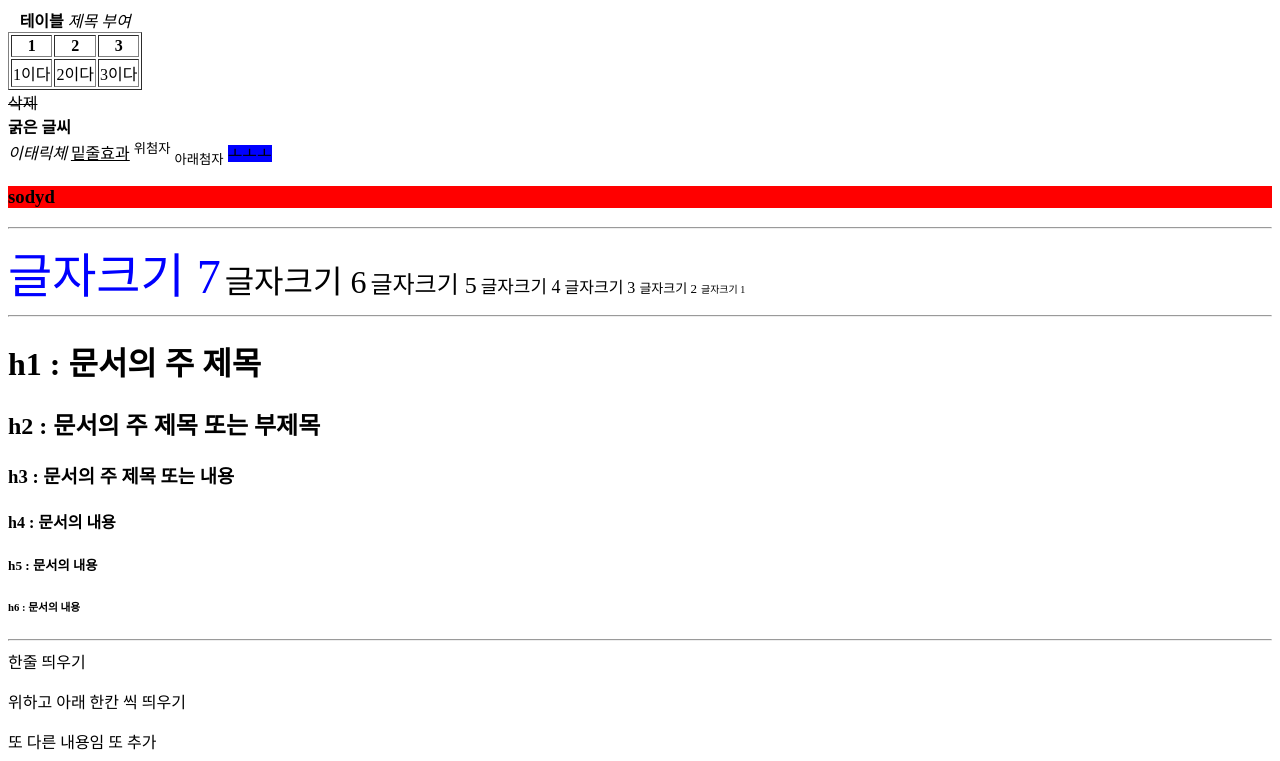
Repository: sika5382/jsp
Page: html/WebContent/NewFile.html
An editor plug-in stored every save of this project. The page is shown before and after the next save, followed by the edit.
The browser window is 1280 px wide. The pictures show the whole page.

Above is the page before, as saved 2020-10-29 05:49:36.

### html/WebContent/NewFile.html
<!DOCTYPE html>
<html>
<head>
<meta charset="UTF-8">
<title>Insert title here</title>
</head>
<!--
<body text="white" bgcolor='black'>
	 -->
<body>

<table border="1">

	<caption><b>테이블</b> <i>제목 부여</i></caption>
	<tr>
		<th>1</th>
		<th>2</th>
		<th>3</th>

	</tr>

	<tr>
		<td>1이다</td>
		<td>2이다</td>
		<td>3이다</td>

	</tr>

</table>

<strike>삭제</strike><br>
<b>굵은 글씨</b><br>
<i>이태릭체</i>
<u>밑줄효과</u>
<sup>위첨자</sup>
<sub>아래첨자</sub>

<font style="background-color:blue;">ㅗㅗㅗ</font>
<h3 style="background-color:red;">sodyd</h3>

<hr>

<font size="7" face="궁서체" color="blue">글자크기 7</font>
<font size="6">글자크기 6</font>
<font size="5">글자크기 5</font>
<font size="4">글자크기 4</font>
<font size="3">글자크기 3</font>
<font size="2">글자크기 2</font>
<font size="1">글자크기 1</font>

<hr>

<h1> h1 : 문서의 주 제목</h1>
<h2> h2 : 문서의 주 제목 또는 부제목</h2>
<h3> h3 : 문서의 주 제목 또는 내용</h3>
<h4> h4 : 문서의 내용</h4>
<h5> h5 : 문서의 내용</h5>
<h6> h6 : 문서의 내용</h6>

<hr>
	 한줄 띄우기 <br>
	<p>위하고 아래 한칸 씩 띄우기 </p>

		 <!-- html 주석 -->
	또 다른 내용임
	또 추가
</body>
</html>

After the next save:
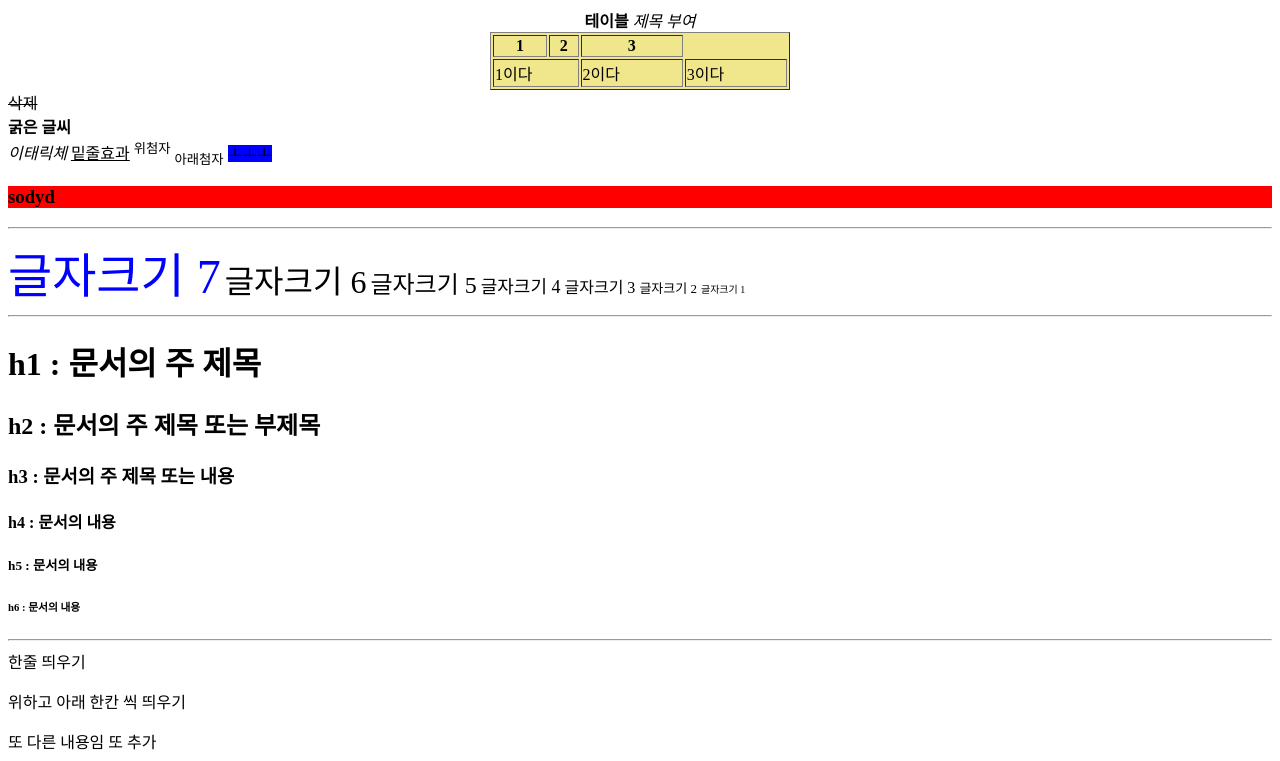
Saved 4 min 7 s later.
--- a/html/WebContent/NewFile.html
+++ b/html/WebContent/NewFile.html
@@ -9,18 +9,18 @@
 	 -->
 <body>
 
-<table border="1">
+<table border="1" align="center" width = "300" bgcolor="khaki">
 
 	<caption><b>테이블</b> <i>제목 부여</i></caption>
 	<tr>
-		<th>1</th>
-		<th>2</th>
+		<th width ="50">1</th>
+		<th aligh="right">2</th>
 		<th>3</th>
 
 	</tr>
 
 	<tr>
-		<td>1이다</td>
+		<td colspan="2">1이다</td>
 		<td>2이다</td>
 		<td>3이다</td>
 
